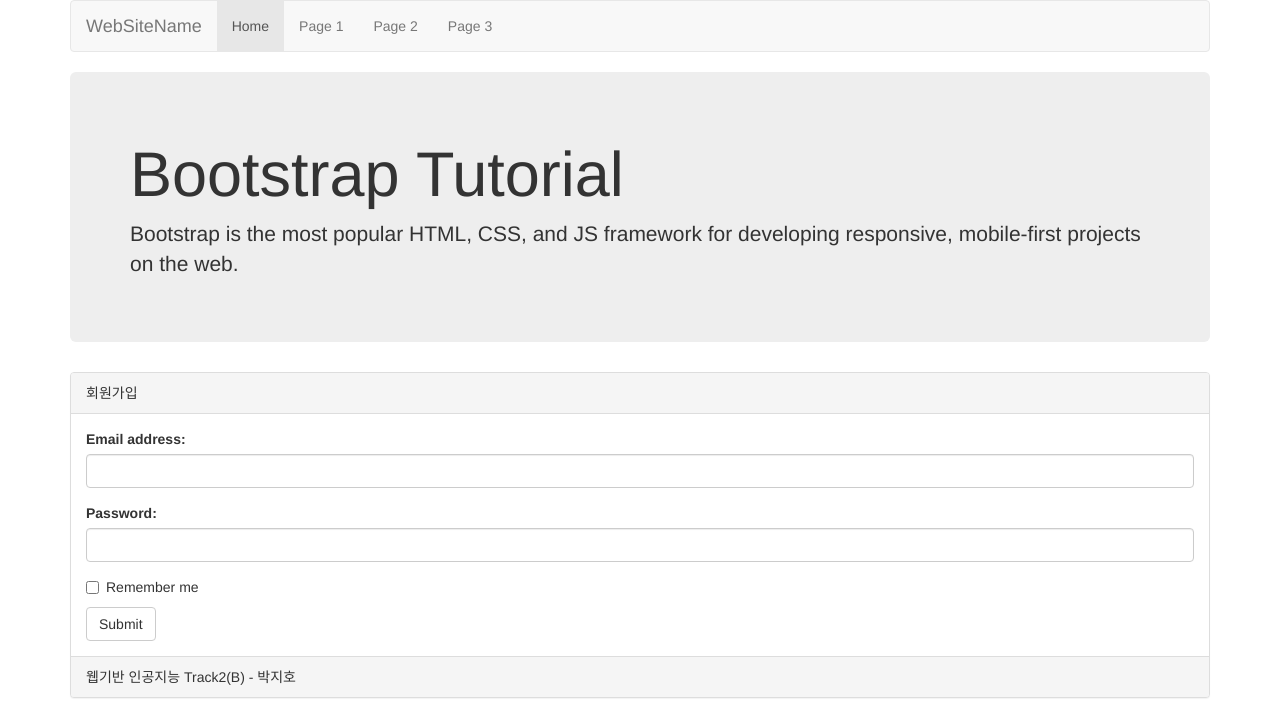
Repository: Jipumpkin/WebServer
Page: http://localhost/FrontCommandPattern/main.jsp
The author's editor kept a copy of each file at every save. The page is drawn from the files as they stood at one save, then again after the next save.
The browser window is 1280 px wide. The pictures show the whole page.
The page is served by Tomcat 9.

Above is the page before, as saved 2024-08-20 01:18:35.

After the next save:
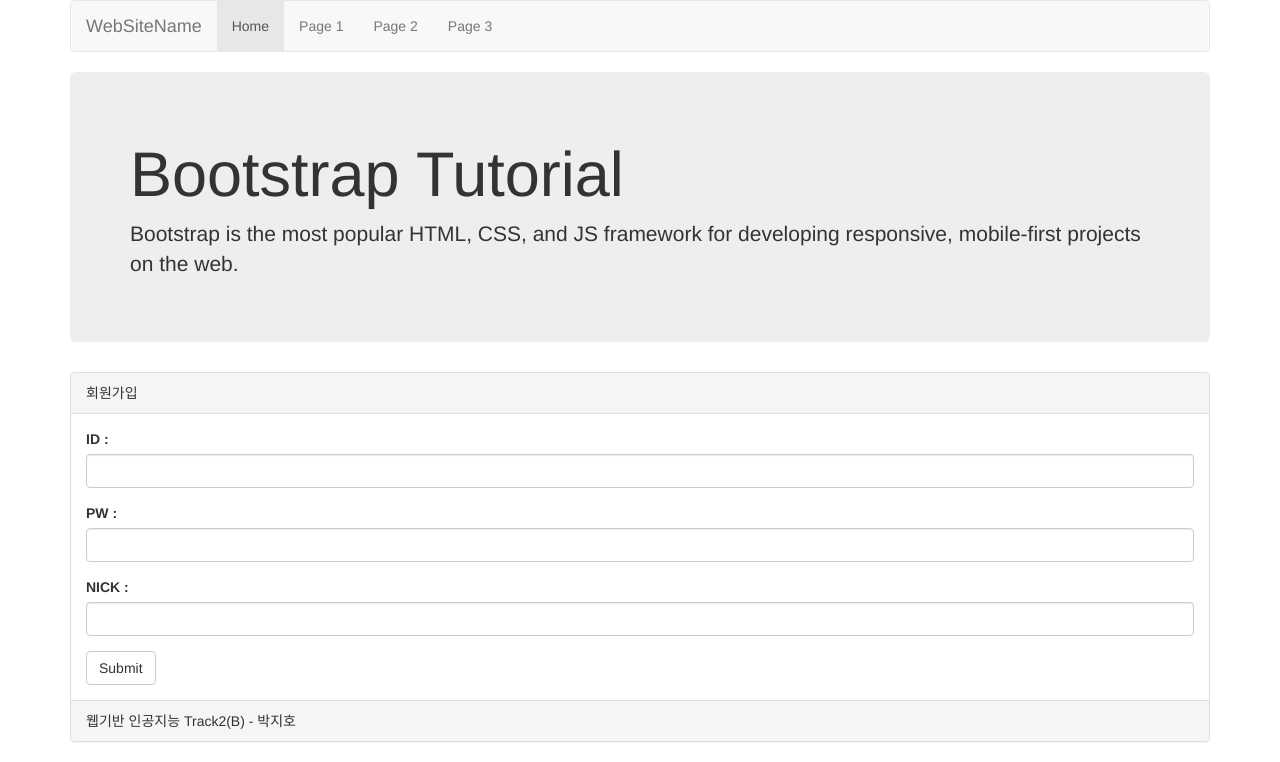
Saved 4 min 55 s later.
--- a/FrontCommandPattern/src/main/webapp/main.jsp
+++ b/FrontCommandPattern/src/main/webapp/main.jsp
@@ -39,15 +39,16 @@
 
 				<form action="/action_page.php">
 				  <div class="form-group">
-				    <label for="email">Email address:</label>
-				    <input type="email" class="form-control" id="email">
+				    <label for="email">ID : </label>
+				    <input type="text" class="form-control" id="email">
 				  </div>
 				  <div class="form-group">
-				    <label for="pwd">Password:</label>
+				    <label for="pwd"> PW : </label>
 				    <input type="password" class="form-control" id="pwd">
 				  </div>
-				  <div class="checkbox">
-				    <label><input type="checkbox"> Remember me</label>
+				  <div class="form-group">
+				    <label for="pwd"> NICK : </label>
+				    <input type="text" class="form-control" id="pwd">
 				  </div>
 				  <button type="submit" class="btn btn-default">Submit</button>
 				</form>
